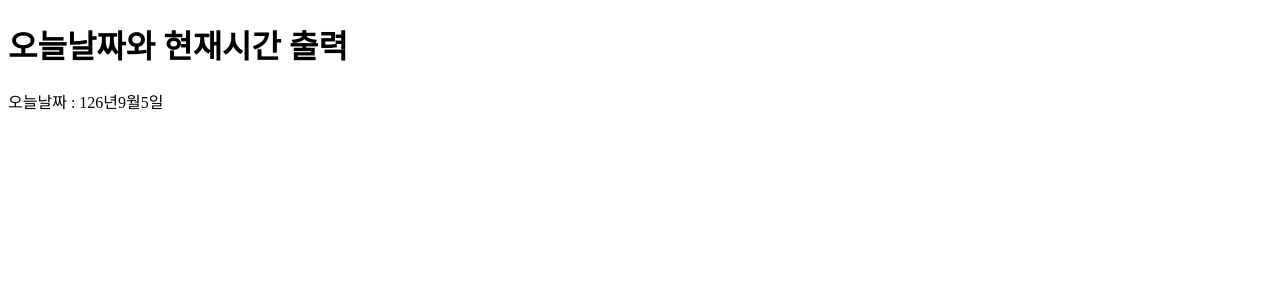
Repository: lhk21go-commits/Jsp2026
Page: http://localhost/chapter01/test03.jsp
These files come from the project's save history. The page is drawn as it stood at one moment and after the next save; the edit follows.
The browser window is 1280 px wide. The pictures show the whole page.
The page is served by Tomcat 9.

Above is the page before, as saved 2026-10-16 02:45:12.

### chapter01/src/main/webapp/test03.jsp
<%@ page language="java" contentType="text/html; charset=UTF-8"
    pageEncoding="UTF-8" import="java.util.*"%>
<!DOCTYPE html>
<html>
<head>
<meta charset="UTF-8">
<title>Insert title here</title>
</head>
<body>
	<h1>오늘날짜와 현재시간 출력</h1>
	<%
		Date today = new Date();
		int year = today.getYear();
		int month = today.getMonth();
		int day = today.getDay();
	%>
	오늘날짜 : <%=year+"년"+month+"월"+day+"일" %>

</body>
</html>

After the next save:
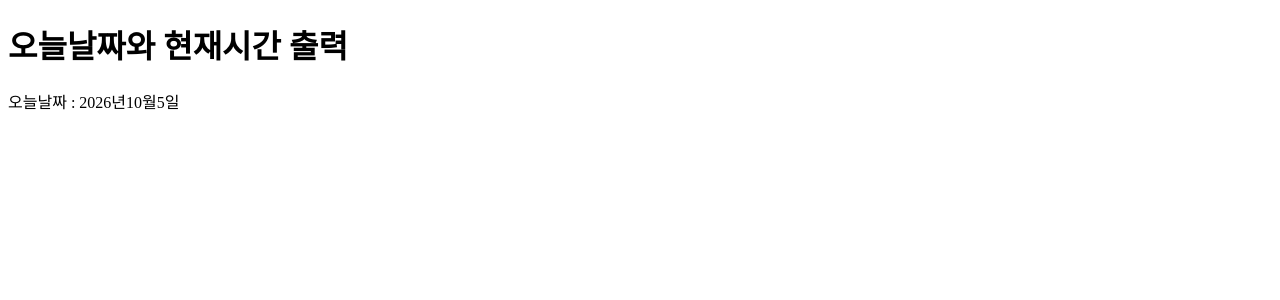
Saved 51 s later.
--- a/chapter01/src/main/webapp/test03.jsp
+++ b/chapter01/src/main/webapp/test03.jsp
@@ -10,8 +10,8 @@
 	<h1>오늘날짜와 현재시간 출력</h1>
 	<%
 		Date today = new Date();
-		int year = today.getYear();
-		int month = today.getMonth();
+		int year = today.getYear()+1900;
+		int month = today.getMonth()+1;
 		int day = today.getDay();
 	%>
 	오늘날짜 : <%=year+"년"+month+"월"+day+"일" %>
